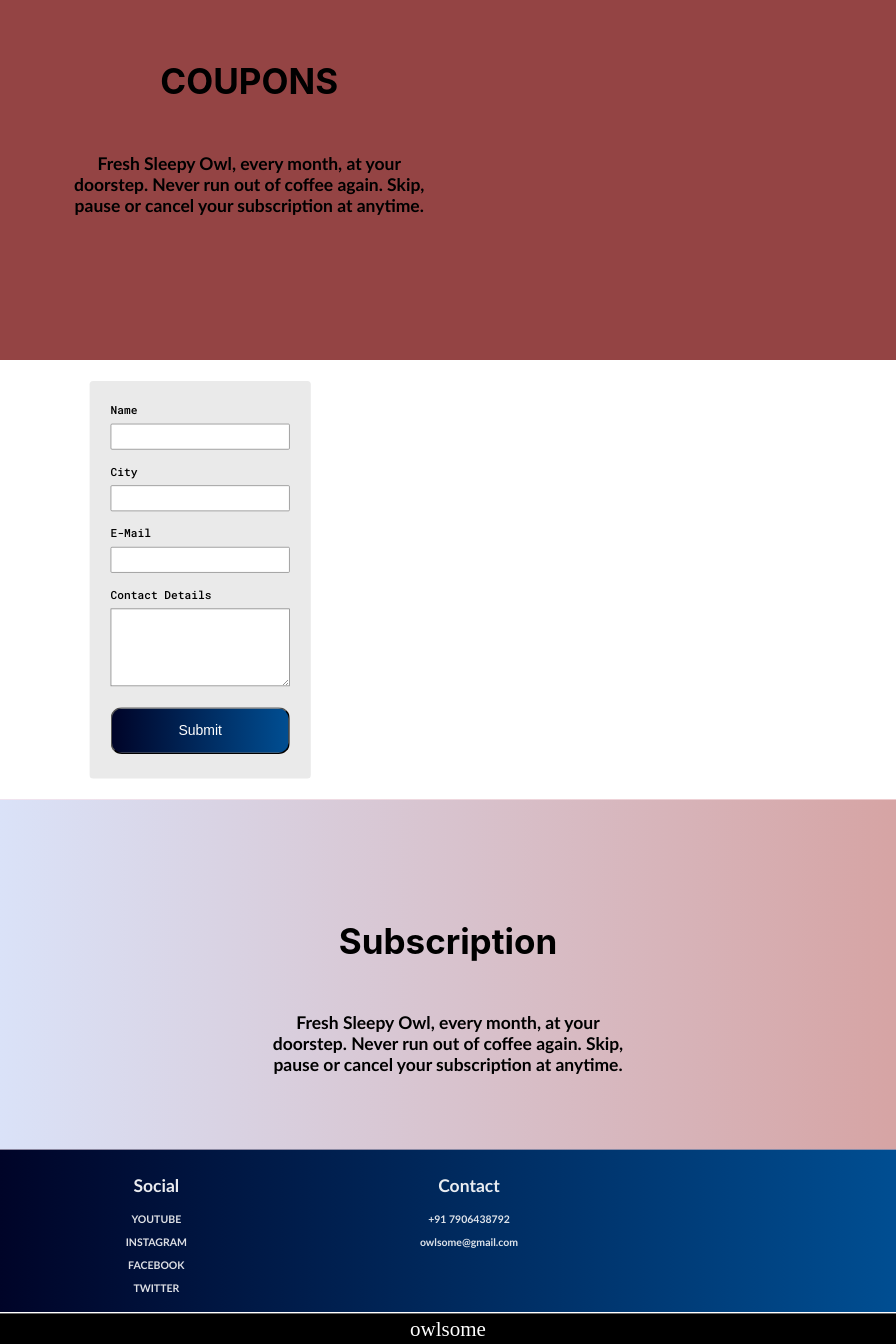
Repository: tusharpasricha/owlsomecoffee
Page: /
The author's editor kept a copy of each file at every save. The page is drawn from the files as they stood at one save, then again after the next save.
The browser window is 1280 px wide. The pictures show the part of the page from y = 3296 to 5216 px (the page is 5216 px tall), at 70% of full size.
Some web fonts or font styles are not loaded; a fallback is used. The project was rebuilt for these pictures with package versions that can differ from the ones it lists, and the page was loaded fresh each time.

Above is the page before, as saved 2021-09-27 21:56:16.

After the next save:
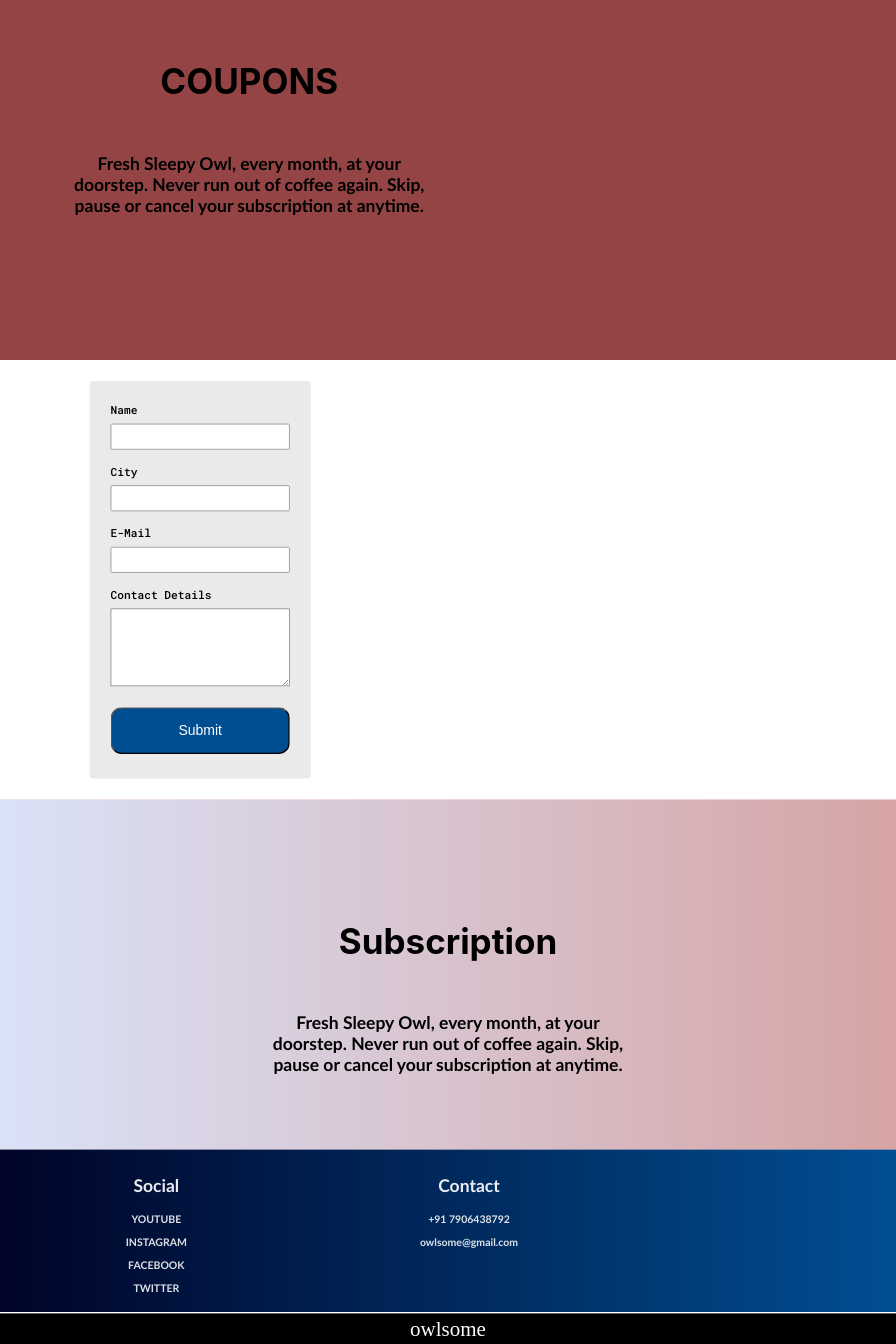
Saved 33 s later.
--- a/src/components/contact.css
+++ b/src/components/contact.css
@@ -42,7 +42,7 @@ form button {
     padding: 20px 10px;
     font-size: 20px;
     margin-bottom: 5px;
-    background-image: linear-gradient(to right, #000428,#004e92);
+    background-color: #004e92;
     color: #fff;
     cursor: pointer;
     border-radius: 1rem;
